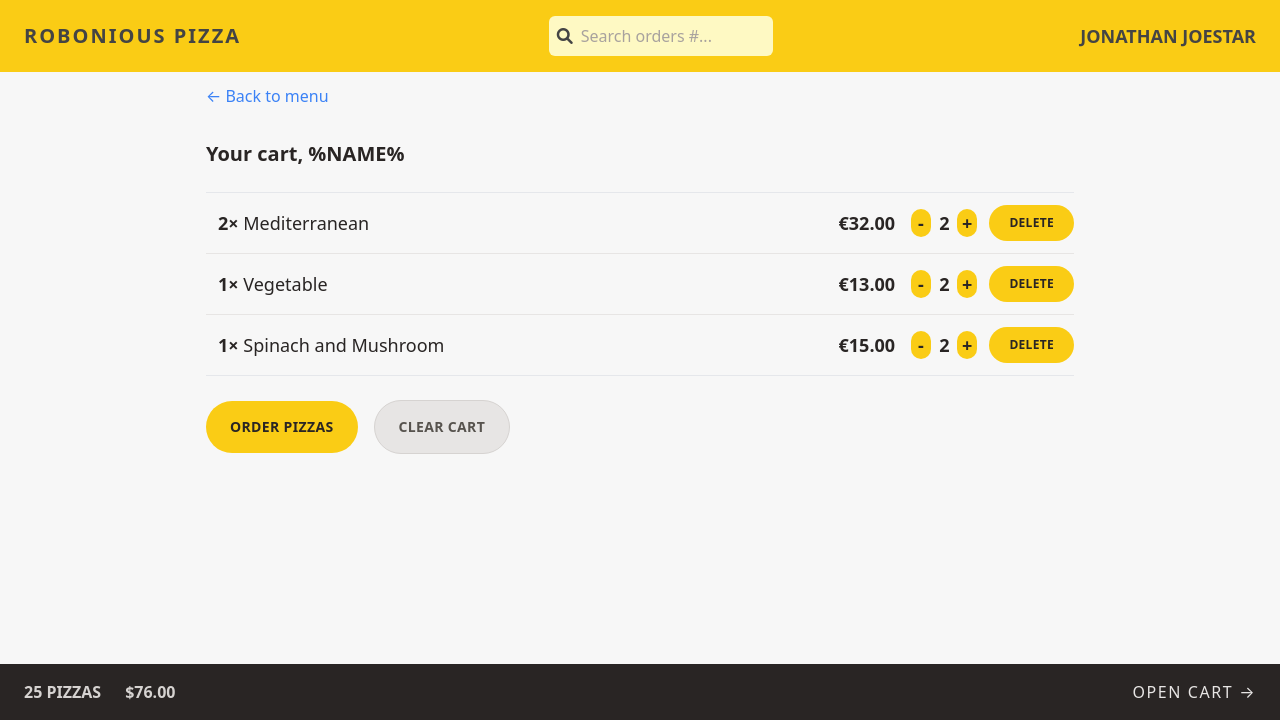
Repository: Alexro04/fast-food
Page: /cart (app in fast-food/)
An editor plug-in stored every save of this project. The page is shown before and after the next save, followed by the edit.
The browser window is 1280 px wide. The pictures show the whole page.
The project was rebuilt for these pictures with package versions that can differ from the ones it lists, and the page was loaded fresh each time. Also part of the build but not shown: fast-food/vite.config.js, fast-food/src/features/user/CreateUser.jsx, fast-food/src/ui/Home.jsx, fast-food/src/ui/Loading.jsx, fast-food/src/utils/apiRestaurant.js, fast-food/src/features/order/OrderItem.jsx, fast-food/src/features/order/Order.jsx, fast-food/src/features/menu/MenuItem.jsx and 3 more.

Above is the page before, as saved 2025-03-14 07:22:53.

After the next save:
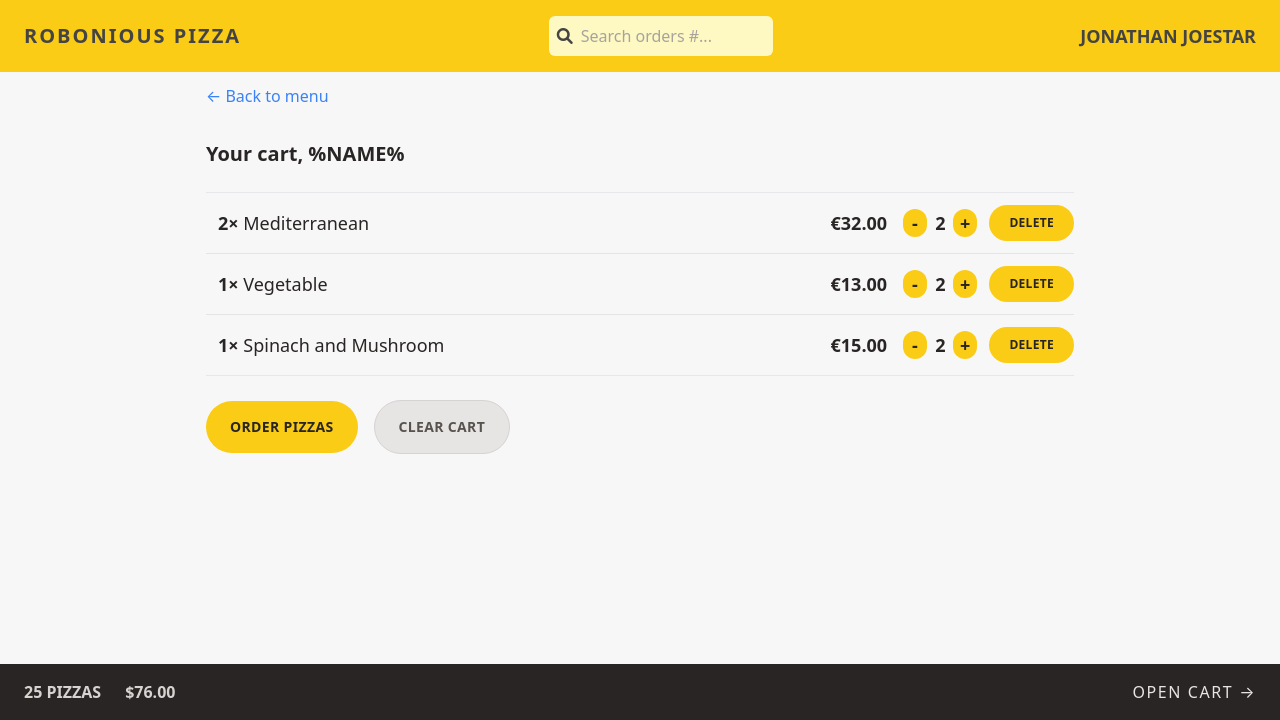
Saved 8 s later.
--- a/fast-food/src/ui/Button.jsx
+++ b/fast-food/src/ui/Button.jsx
@@ -17,7 +17,7 @@ function Button({ children, disabled, type, to }) {
     primary: base_primary + "px-4 py-3 text-sm md:px-6 md:py-4",
     secondary: base_secondary + "px-4 py-3 text-sm md:px-6 md:py-4",
     small: base_primary + "px-4 py-2 text-xs md:px-5 md:py-2.5",
-    circle: base_primary + "w-5 h-5",
+    circle: base_primary + "w-6 h-6",
   };
 
   if (to)
